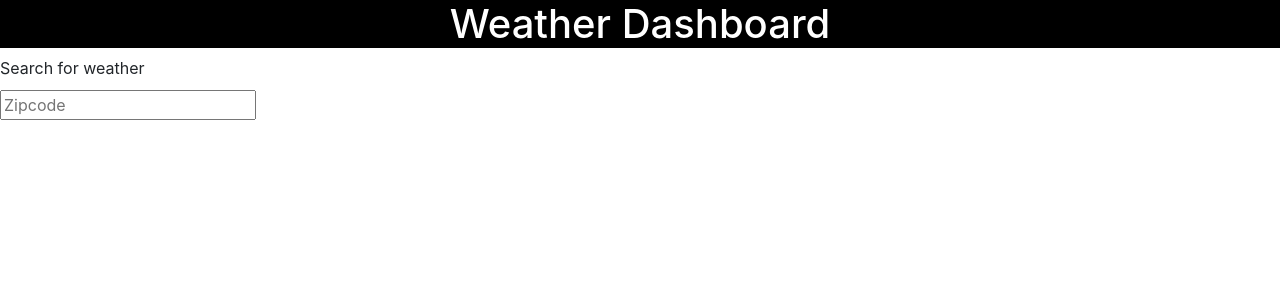
Repository: s88leigh/Weather-Dashboard
Page: index.html
An editor plug-in stored every save of this project. The page is shown before and after a run of saves, followed by the edit.
The browser window is 1280 px wide. The pictures show the whole page.

Above is the page before, as saved 2019-10-30 20:18:25.

After the next 2 saves:
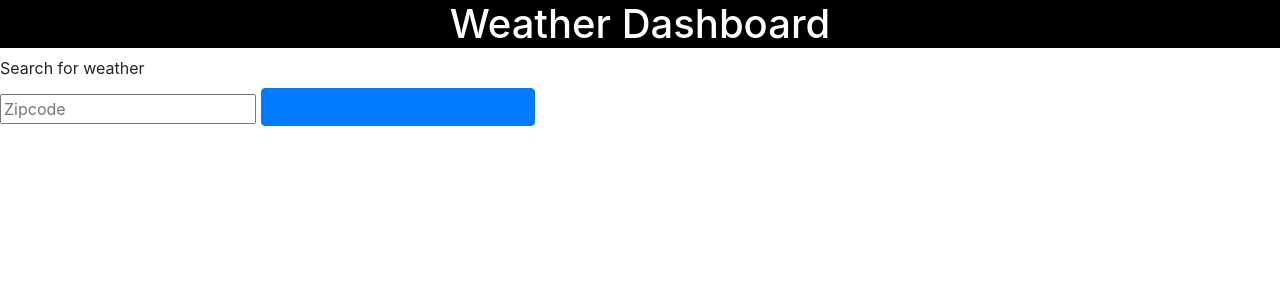
The 2 saves are shown as one change because they came seconds apart.
The last was saved 8 s later.
--- a/index.html
+++ b/index.html
@@ -21,7 +21,7 @@
             <input type="text" id="movie-input" placeholder="Zipcode">
 
             <!-- Button will trigger new zipcode to be added -->
-            <input id="add zipcode" class="btn btn"
+            <input id="add zipcode" class="btn btn-primary mb-2"
         </form>
 
     </div>
